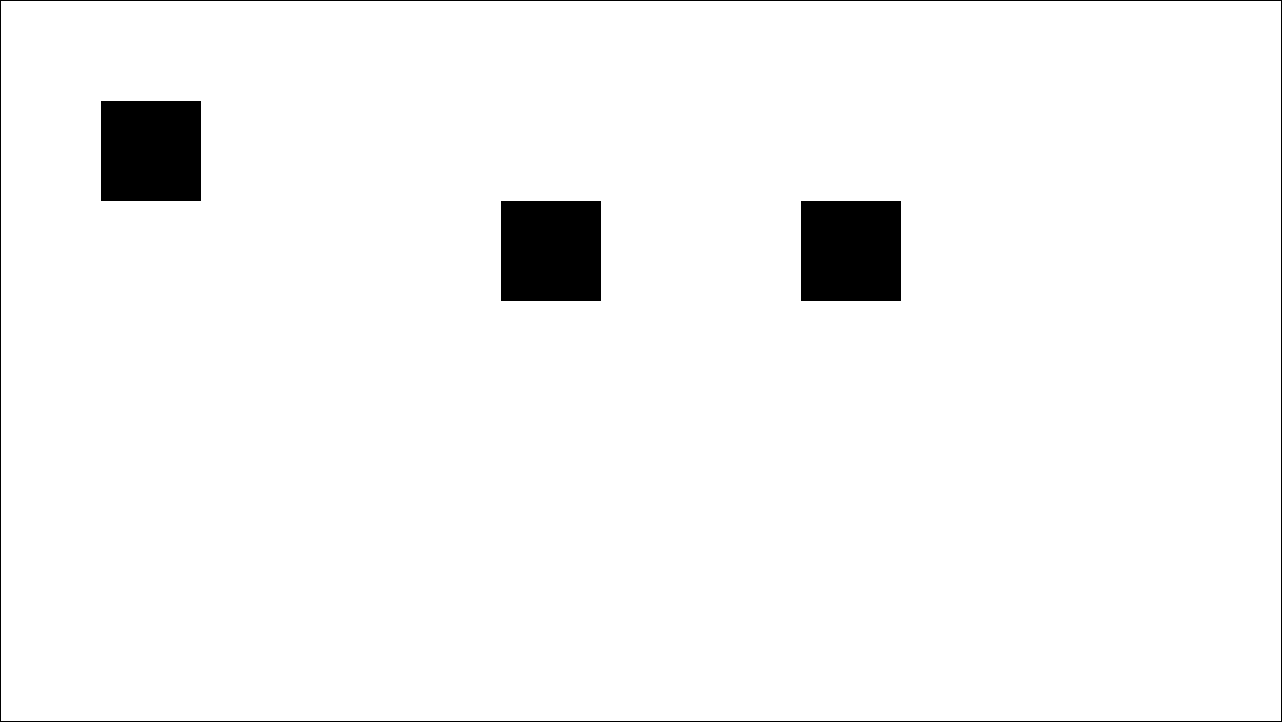
Repository: badhon252/Javascript-practice
Page: 1projects/JavaScript30/08 - Fun with HTML5 Canvas/index-START.html
An editor plug-in stored every save of this project. The page is shown before and after the next save, followed by the edit.
The browser window is 1280 px wide. The page is 1282 px wide, so the pictures cover 1282 px, including what lies to the right of the window. The pictures show the whole page.

Above is the page before, as saved 2022-12-02 23:31:26.

After the next save:
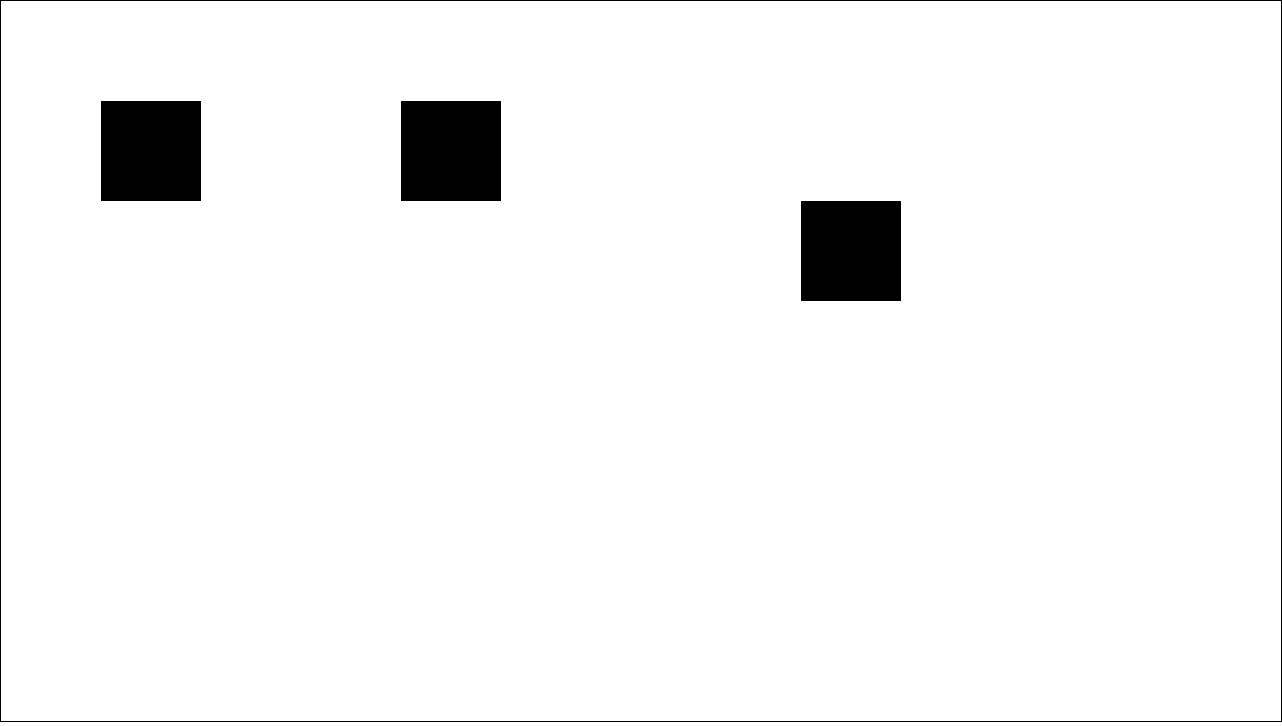
Saved 22 s later.
--- a/1projects/JavaScript30/08 - Fun with HTML5 Canvas/index-START.html
+++ b/1projects/JavaScript30/08 - Fun with HTML5 Canvas/index-START.html
@@ -33,7 +33,7 @@
 
         // ctx.fillRect(x, y, width, height)
         ctx.fillRect(100, 100, 100, 100);
-        ctx.fillRect(500, 200, 100, 100);
+        ctx.fillRect(400, 100, 100, 100);
         ctx.fillRect(800, 200, 100, 100);
     </script>
 </body>
